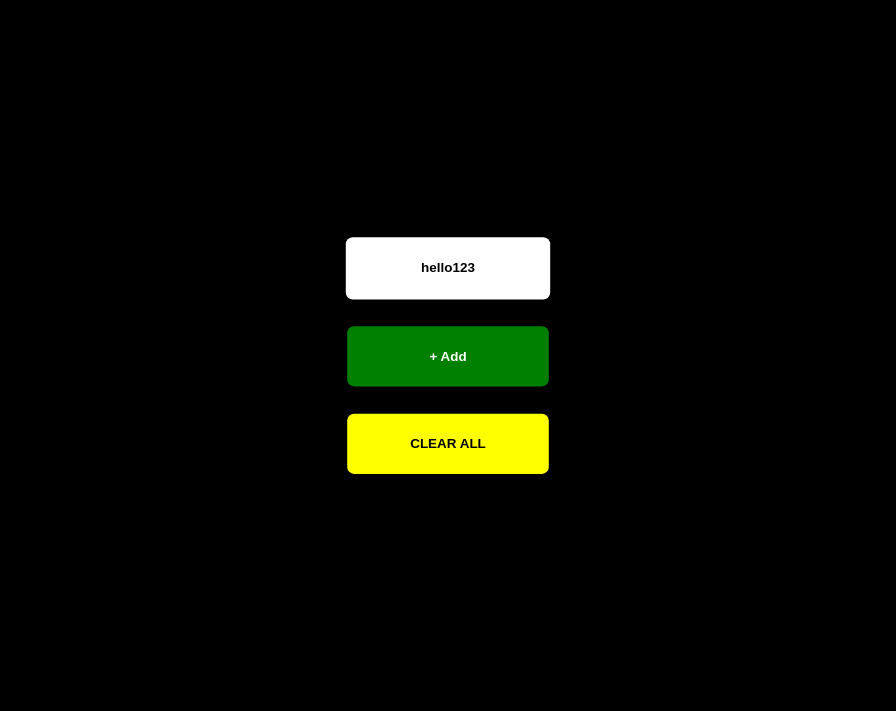
Repository: jcohenp/DI_Exercises
Page: W3/D2/gold/index.html
An editor plug-in stored every save of this project. The page is shown before and after the next save, followed by the edit.
The browser window is 1280 px wide. The pictures show the whole page, at 70% of full size.

Above is the page before, as saved 2020-08-25 14:05:45.

### W3/D2/gold/index.html
<!DOCTYPE html>
<html lang="en">

<head>
    <meta charset="UTF-8">
    <meta name="viewport" content="width=device-width, initial-scale=1.0">
    <title>Document</title>
</head>

<body>
    <div id="root"></div>

    <script src="./js/script.js"></script>
</body>

</html>

### W3/D2/gold/js/script.js
document.body.style.backgroundColor = "black";
document.body.style.margin = "25%";
document.body.style.display = "flex";
document.body.style.textAlign = "center";

function styleAll(element) {
    element.style.lineHeight = "2em";
    element.style.height = "4.5em";
    element.style.width = "15em";
    element.style.borderRadius = "10px"
    element.style.border = "none";
    element.style.margin = "1em"
    element.style.textAlign = "center";
    element.style.fontWeight = "bold"
    element.style.fontSize = "1.2em"

}

function createForm() {
    let root = document.getElementById("root");
    let inputForm = document.createElement("form");
    root.appendChild(inputForm);

    let formField = document.createElement("input");
    styleAll(formField);
    formField.type = "text";
    formField.placeholder = "Enter what you want to buy";
    formField.value = "hello123"
    formField.name = "formField";
    let itemValue = formField.value;
    inputForm.appendChild(formField);

    let button = document.createElement("button");
    styleAll(button);
    button.innerHTML = "+ Add";
    button.id = ("addButton");
    button.style.backgroundColor = "green";
    button.style.color = "white";
    inputForm.appendChild(button);




    let buttonClear = document.createElement("button");
    styleAll(buttonClear);
    buttonClear.innerHTML = "CLEAR ALL";
    inputForm.appendChild(buttonClear);
    buttonClear.style.backgroundColor = "yellow";
    buttonClear.style.color = "black";

    button.addEventListener('mouseover', function(e) {
        console.log('Enter')
        createListItem(itemValue);
    });
    formField.addEventListener('keypress', function(e) {
        if (e.key === 13) {
            console.log("Enter");
            createListItem(itemValue);
        } else {
            console.log("keypress");
        }
    });
}


function createListItem(itemValue) {
    parent = document.getElementById("root");
    let newItem = document.createElement("div");
    styleAll(newItem);
    console.log(itemValue);
    newItem.innerHTML = itemValue;
    newItem.style.backgroundColor = "white";
    console.log("ItemCreate " + itemValue);
    console.log("createListItem " + newItem);
    parent.appendChild(newItem);
}



createForm();

After the next save:
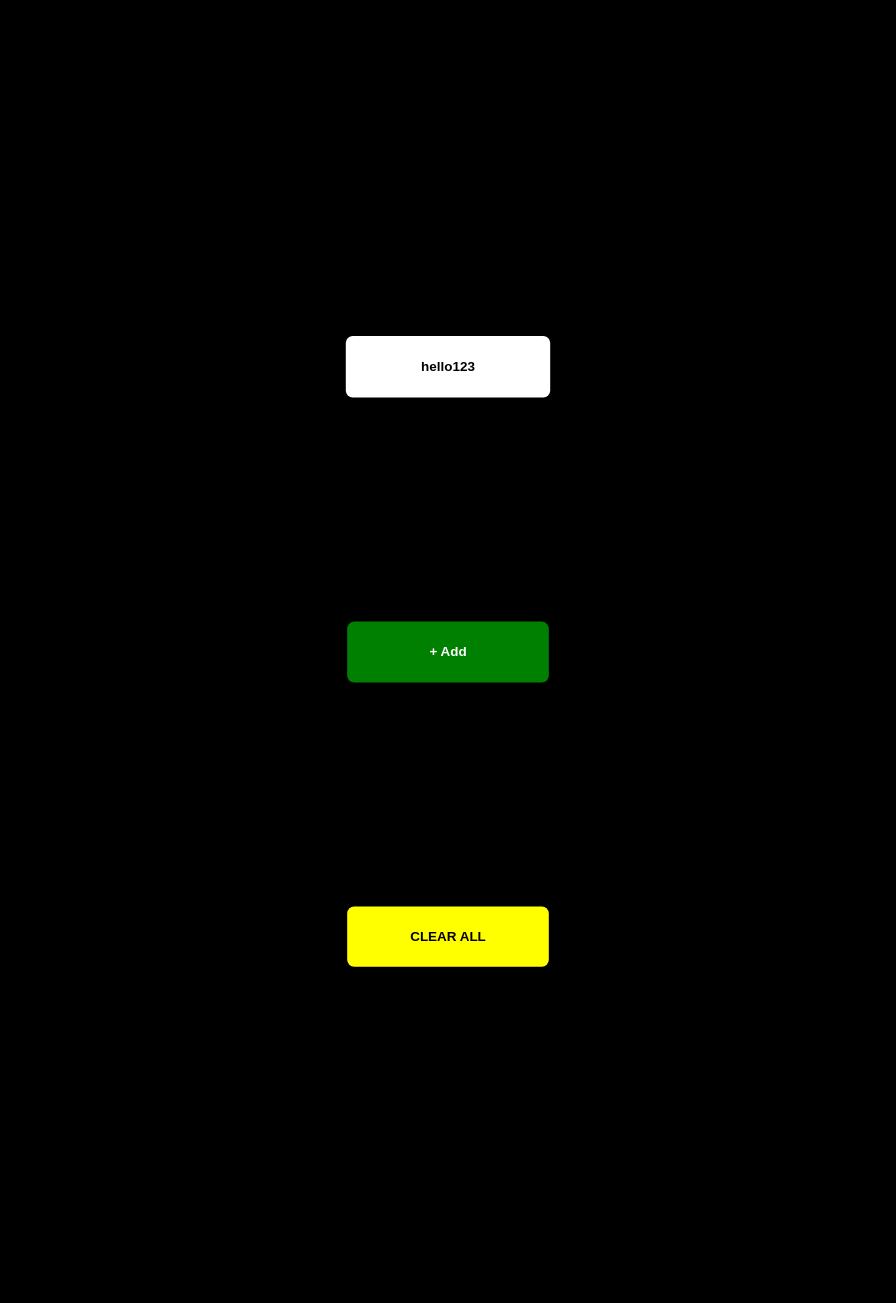
Saved 42 s later.
--- a/W3/D2/gold/js/script.js
+++ b/W3/D2/gold/js/script.js
@@ -12,7 +12,8 @@
     element.style.margin = "1em"
     element.style.textAlign = "center";
     element.style.fontWeight = "bold"
-    element.style.fontSize = "1.2em"
+    element.style.fontSize = "1.2em";
+    element.style.margin = "25%";
 
 }
 

After the save that followed:
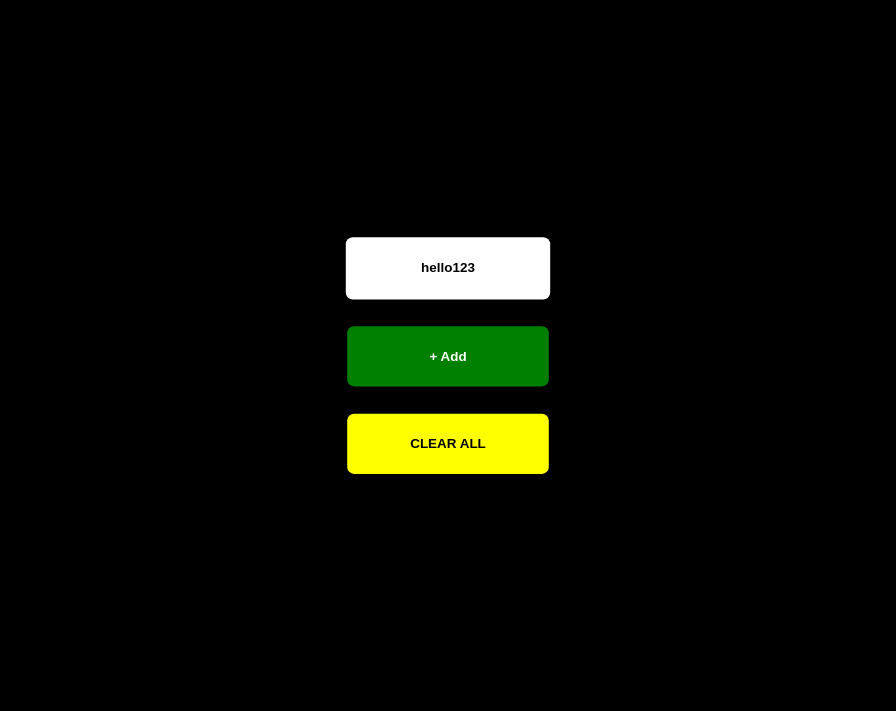
Saved 11 s later.
--- a/W3/D2/gold/js/script.js
+++ b/W3/D2/gold/js/script.js
@@ -13,7 +13,6 @@
     element.style.textAlign = "center";
     element.style.fontWeight = "bold"
     element.style.fontSize = "1.2em";
-    element.style.margin = "25%";
 
 }
 
